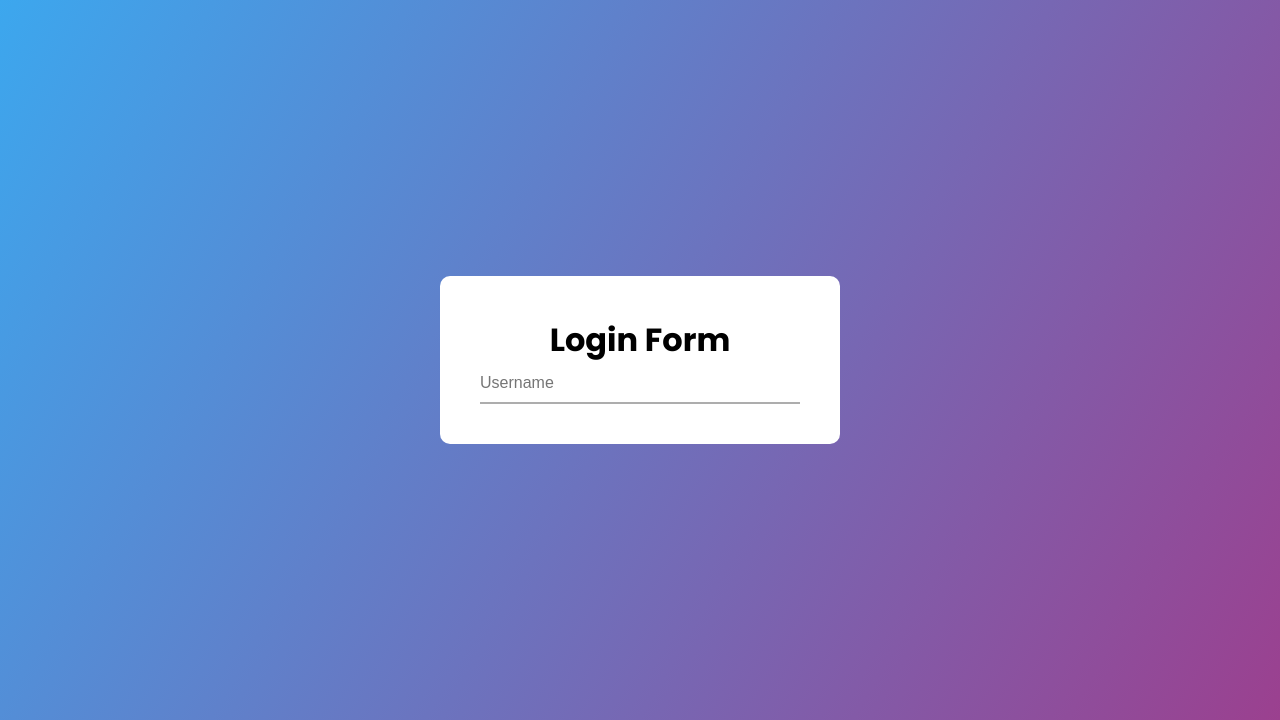
Repository: QUANGTHAI2003/Form-Validation
Page: index.html
An editor plug-in stored every save of this project. The page is shown before and after the next save, followed by the edit.
The browser window is 1280 px wide. The pictures show the whole page.

Above is the page before, as saved 2022-03-13 14:10:25.

After the next save:
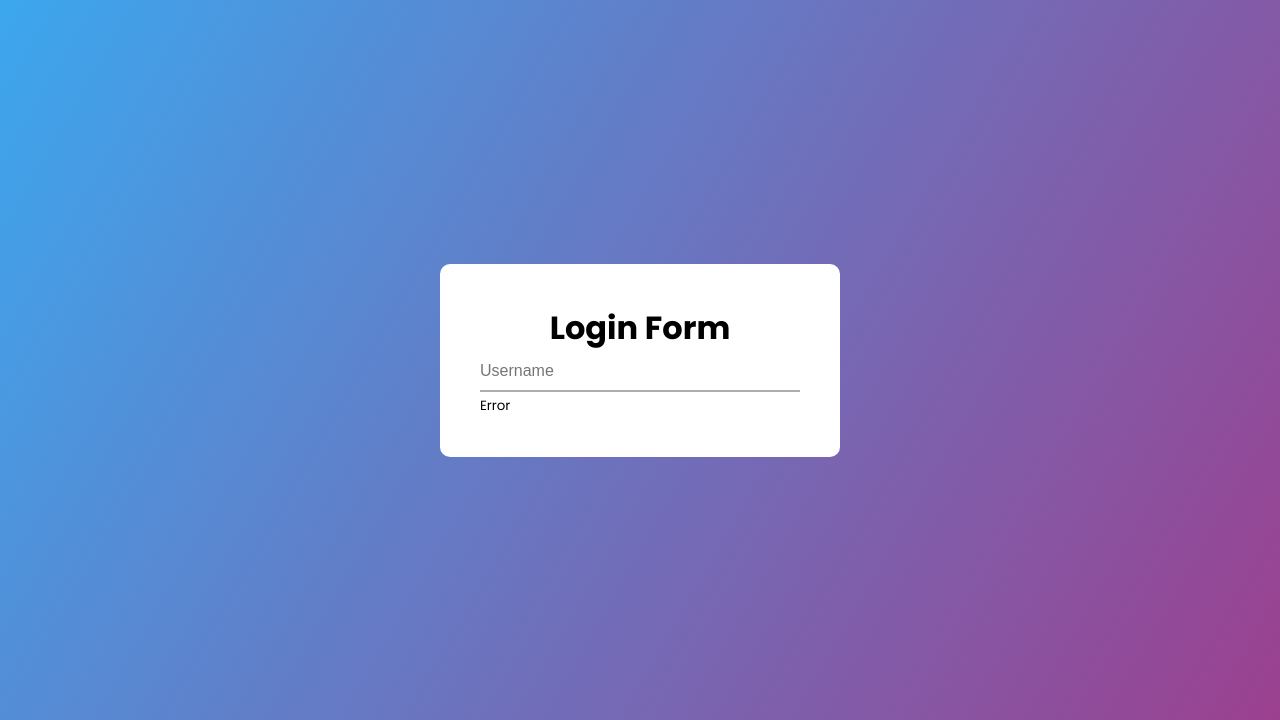
Saved 13 s later.
--- a/index.html
+++ b/index.html
@@ -12,7 +12,7 @@
             <h1>Login Form</h1>
             <div class="form-control">
                 <input type="text" placeholder="Username" />
-                <small></small>
+                <small>Error</small>
                 <span></span>
             </div>
         </div>
